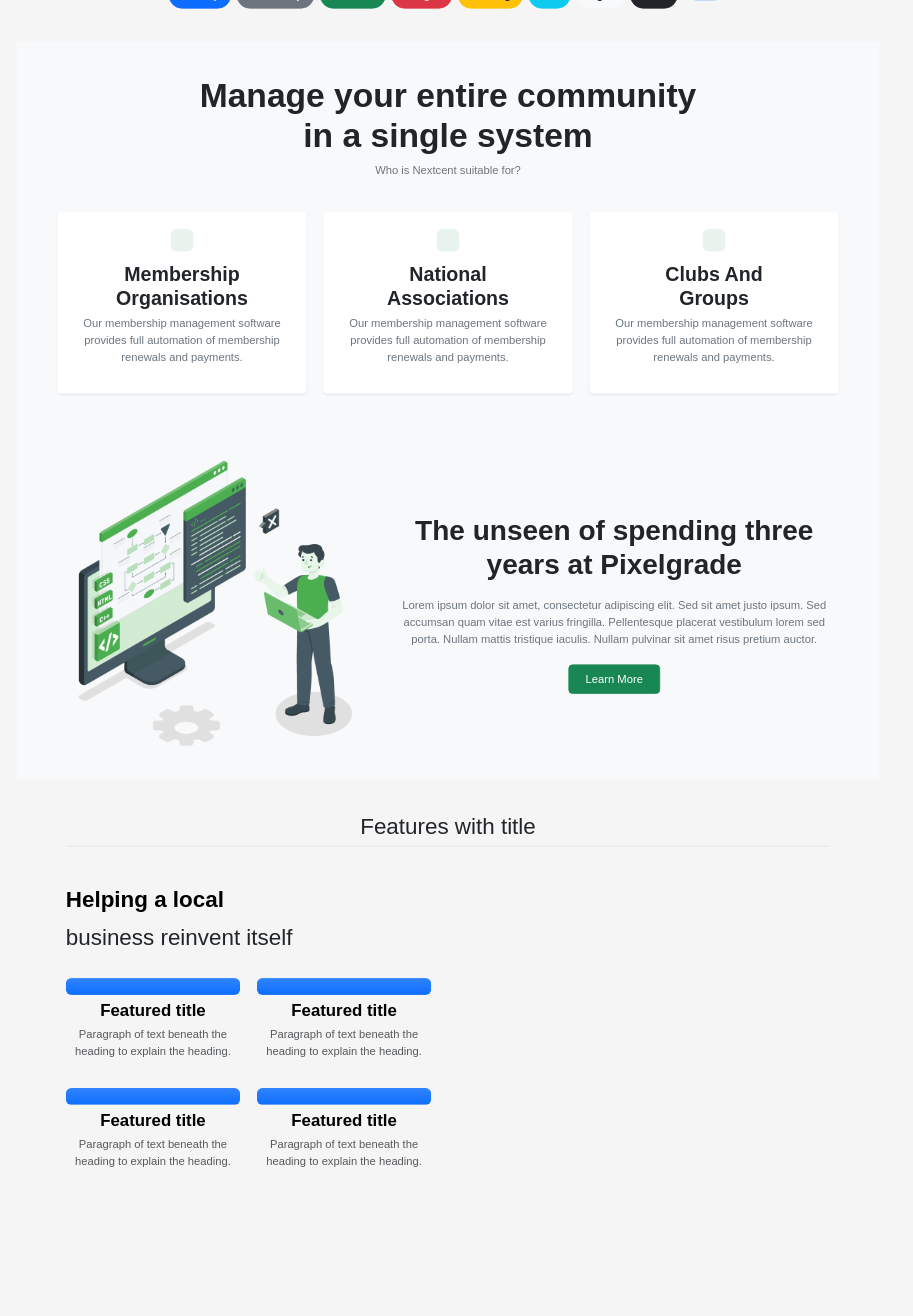
Repository: Laibaaa10/Bootstrap1
Page: index.html
These files come from the project's save history. The page is drawn as it stood at one moment and after a run of saves; the edit follows.
The browser window is 1280 px wide. The page is 1304 px wide, so the pictures cover 1304 px, including what lies to the right of the window. The pictures show the part of the page from y = 1105 to 2985 px (the page is 2985 px tall before and 2852 px after), at 70% of full size.

Above is the page before, as saved 2026-06-18 07:41:09.

After the next 2 saves:
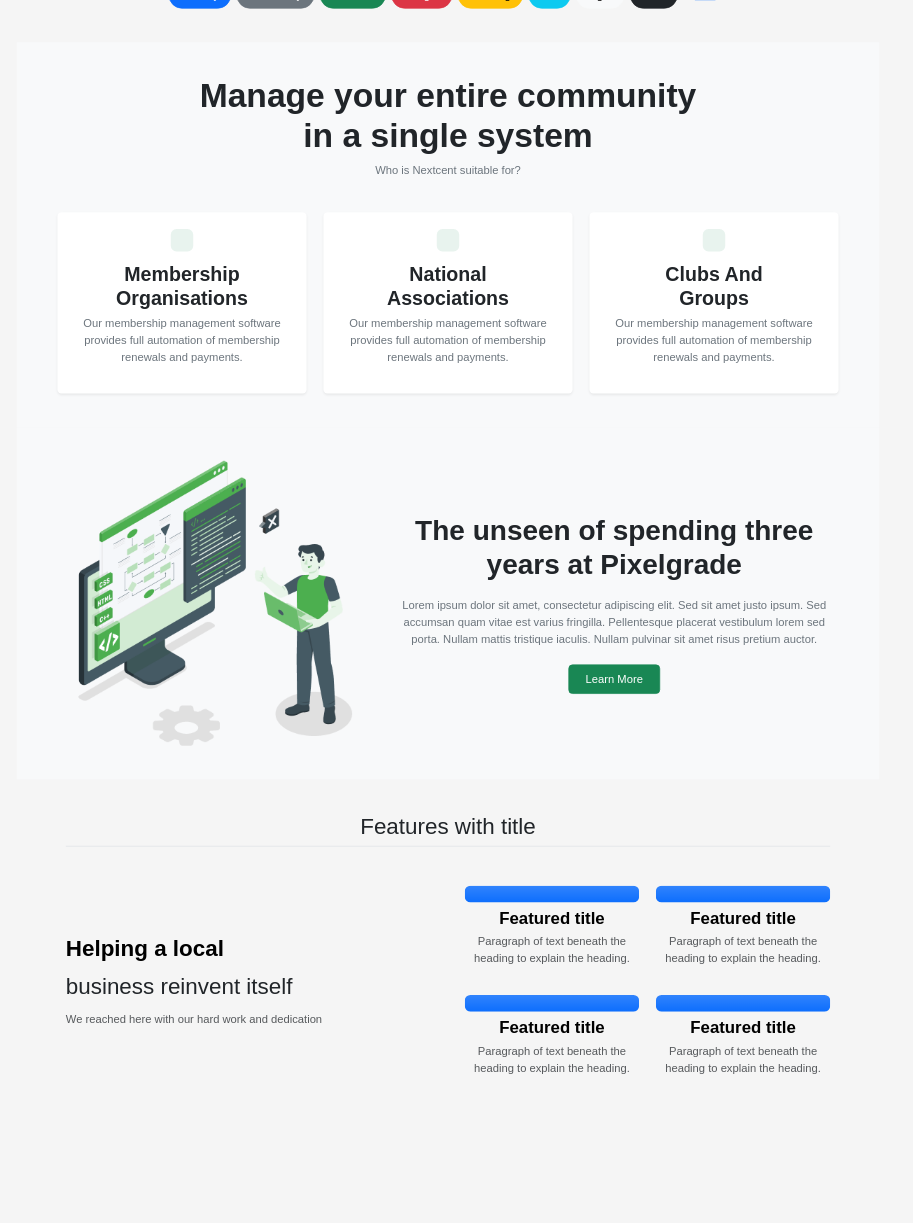
The 2 saves are shown as one change because they came seconds apart.
The last was saved 20 s later.
--- a/index.html
+++ b/index.html
@@ -195,7 +195,7 @@
          <div class="col d-flex flex-column align-items-start gap-2">
              <h2 class="fw-bold text-body-emphasis">Helping a local </h2>
              <h2>business reinvent itself</h2>
-              <p class="text-body-seconda</p>
+              <p class="text-body-secondary">We reached here with our hard work and dedication</p>
              </div>
               <div class="col"> <div class="row row-cols-1 row-cols-sm-2 g-4">
                 <div class="col d-flex flex-column gap-2">
